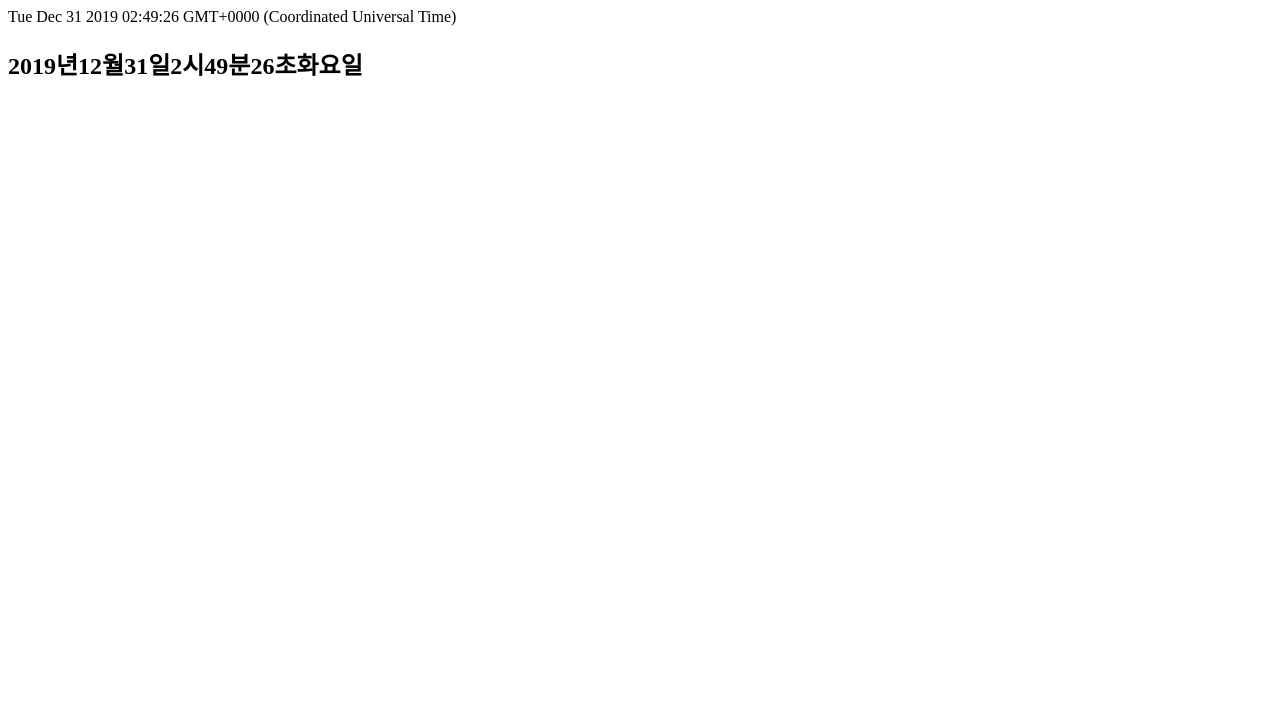
Repository: insunkang/JSP
Page: clientweb/WebContent/js_basic/js_date_exam.html
The author's editor kept a copy of each file at every save. The page is drawn from the files as they stood at one save, then again after the next save.
The browser window is 1280 px wide. The pictures show the whole page.

Above is the page before, as saved 2020-01-08 01:14:10.

### clientweb/WebContent/js_basic/js_date_exam.html
<!DOCTYPE html>
<!-- 날짜 시간과 관련된 자바스크립트 내장객체(Date)  -->
<html>
<head>
<meta charset="EUC-KR">
<title>Insert title here</title>
</head>
<body>
	<script type="text/javascript">
		today = new Date();
		document.write(today);
		str =today.getFullYear() +"년";
		str =str+(today.getMonth()+1)+"월";
		str =str+today.getDate()+"일";
		str =str+today.getHours()+"시";
		str =str+today.getMinutes()+"분";
		str =str+today.getSeconds()+"초";
		day =today.getDay();


		//switch활용해서 요일번호를 요일명으로 변경하기
		weekday=""; //요일명

			switch(day){
			case 0:
				weekday="일요일";
				break;
			case 1:
				weekday="월요일";
				break;
			case 2:
				weekday="화요일";
				break;
			case 3:
				weekday="수요일";
				break;
			case 4:
				weekday="목요일";
				break;
			case 5:
				weekday="금요일";
				break;
			case 6:
				weekday="토요일";
				break;


			}


			str =str+weekday;
		document.write("<h2>"+str+"</h2>");
	</script>
</body>
</html>

After the next save:
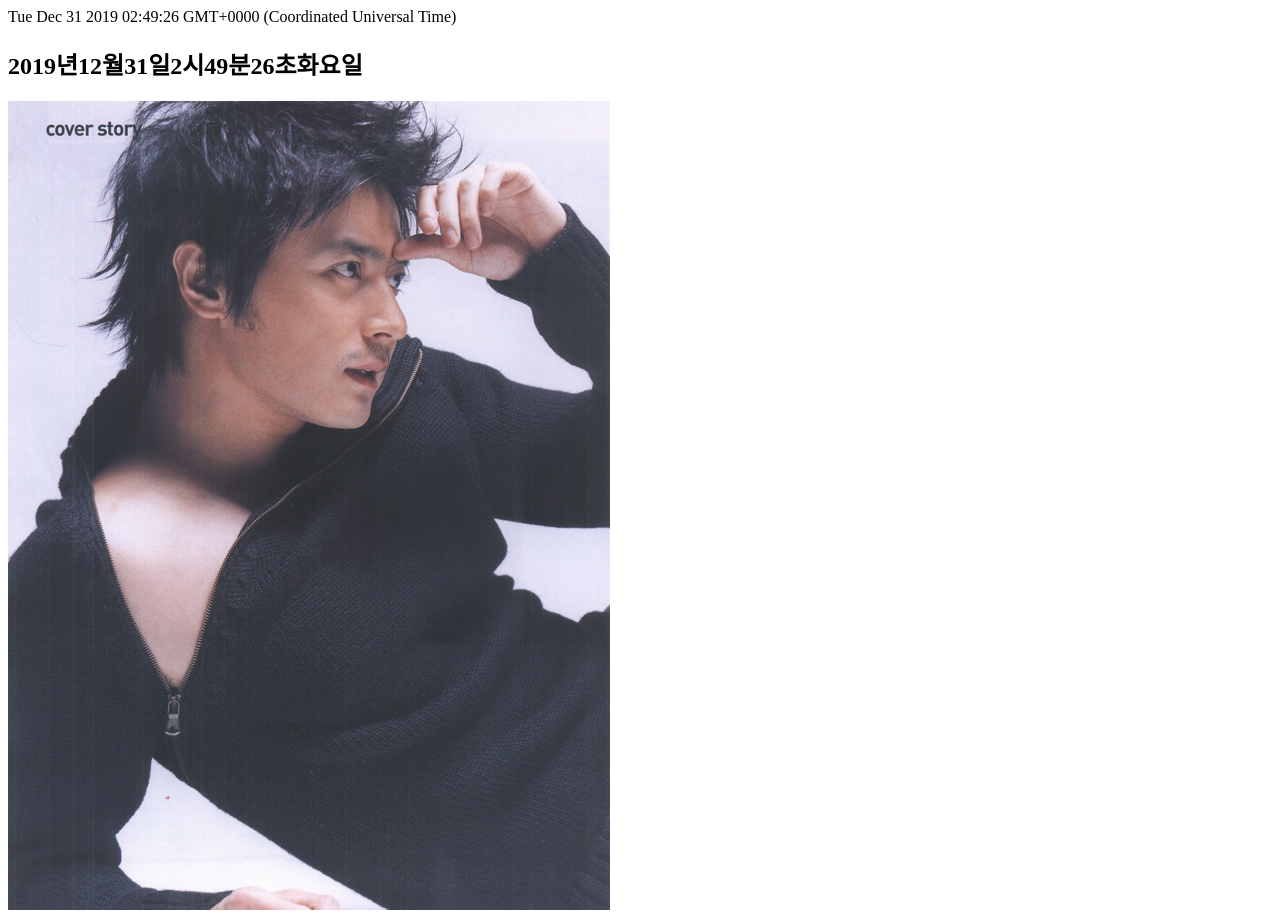
Saved 4 min 7 s later.
--- a/clientweb/WebContent/js_basic/js_date_exam.html
+++ b/clientweb/WebContent/js_basic/js_date_exam.html
@@ -49,7 +49,9 @@
 
 
 			str =str+weekday;
-		document.write("<h2>"+str+"</h2>");
+			document.write("<h2>"+str+"</h2>");
+			myimg = "1.jpg";
+			document.write("<img src='../images/jang"+myimg+"'>");
 	</script>
 </body>
 </html>
